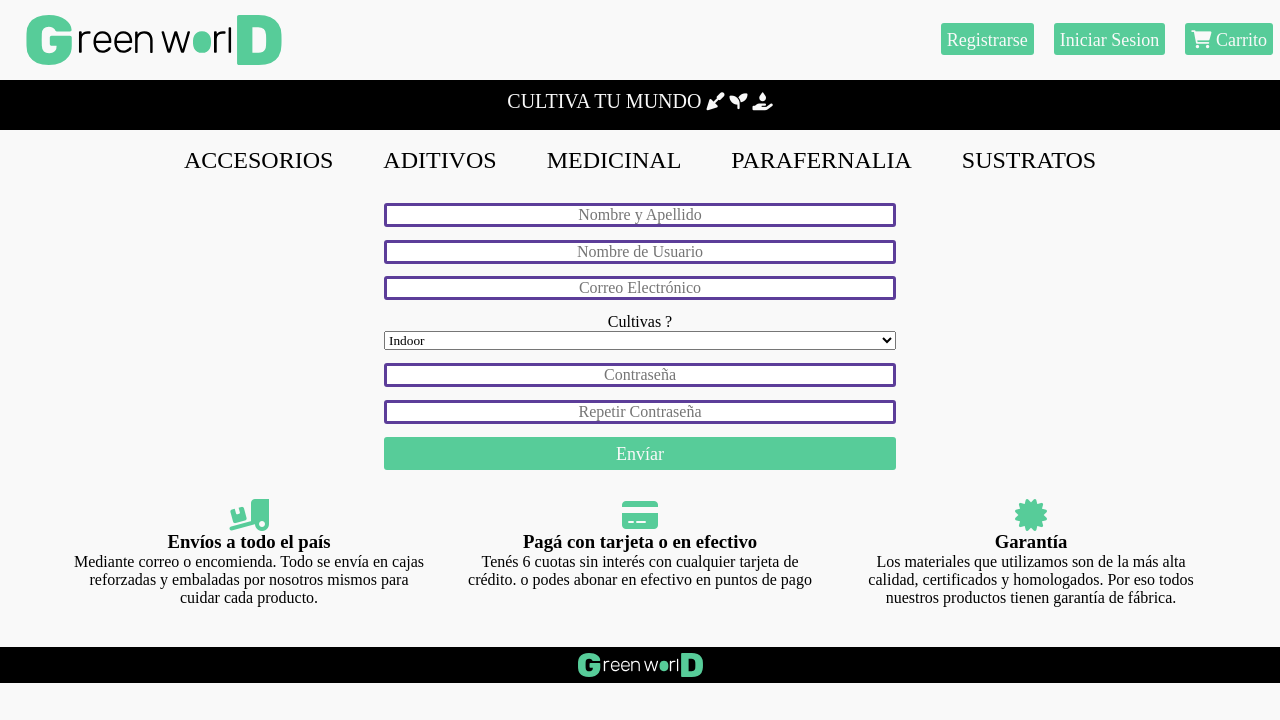
Repository: francoG98/grupo_9_Green_World
Page: source/views/register.html
These files come from the project's save history. The page is drawn as it stood at one moment and after the next save; the edit follows.
The browser window is 1280 px wide. The pictures show the whole page.
Some web fonts or font styles are not loaded; a fallback is used. Some web libraries are served in a nearby version.

Above is the page before, as saved 2022-06-24 20:24:39.

After the next save:
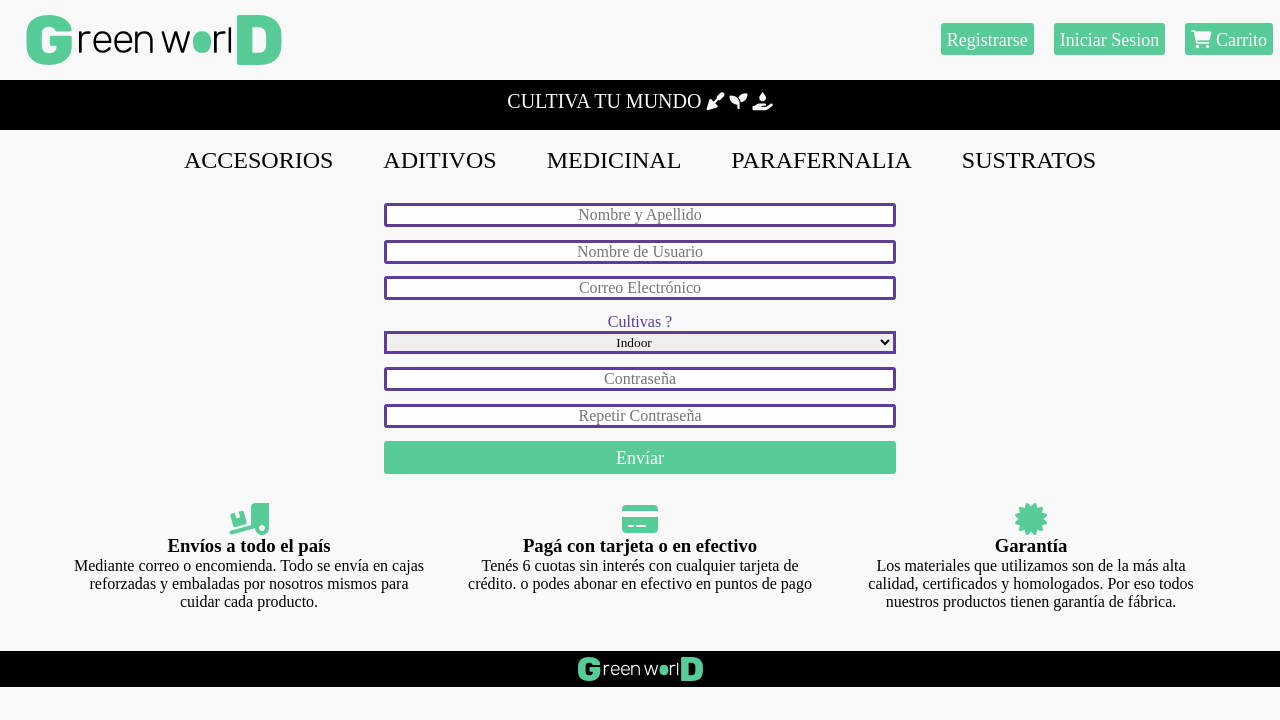
Saved 53 s later.
--- a/public/css/main-register.css
+++ b/public/css/main-register.css
@@ -37,7 +37,12 @@ p.cultivo{
     text-align: center;
     font-size: 16px;
     border-radius: 3px;
+    color: #5c3d99;
 }
 select{
-    width: 100%
+    width: 100%;
+    text-align: center;
+    border: 3px solid #5c3d99
+
+
 }
